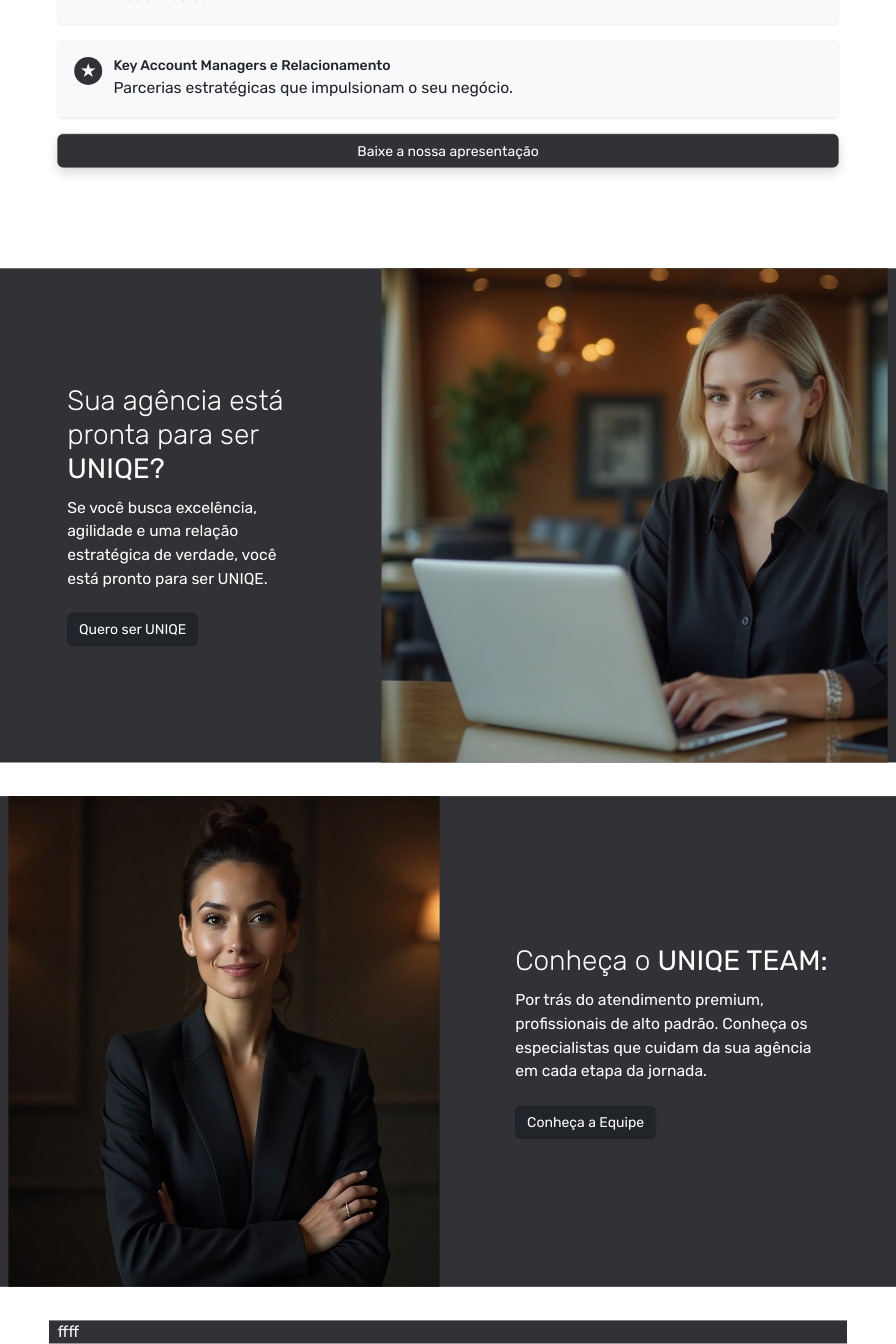
Repository: SkyTeam-Dev/Site-Uniqe
Page: http://localhost/
The author's editor kept a copy of each file at every save. The page is drawn from the files as they stood at one save, then again after the next save.
The browser window is 1280 px wide. The pictures show the part of the page from y = 2245 to 4165 px (the page is 4165 px tall), at 70% of full size.
Some web libraries are served in a nearby version. The page is run by PHP 8.4 with error messages shown; the project is at /var/www/html/.

Above is the page before, as saved 2025-07-04 11:02:40.

After the next save:
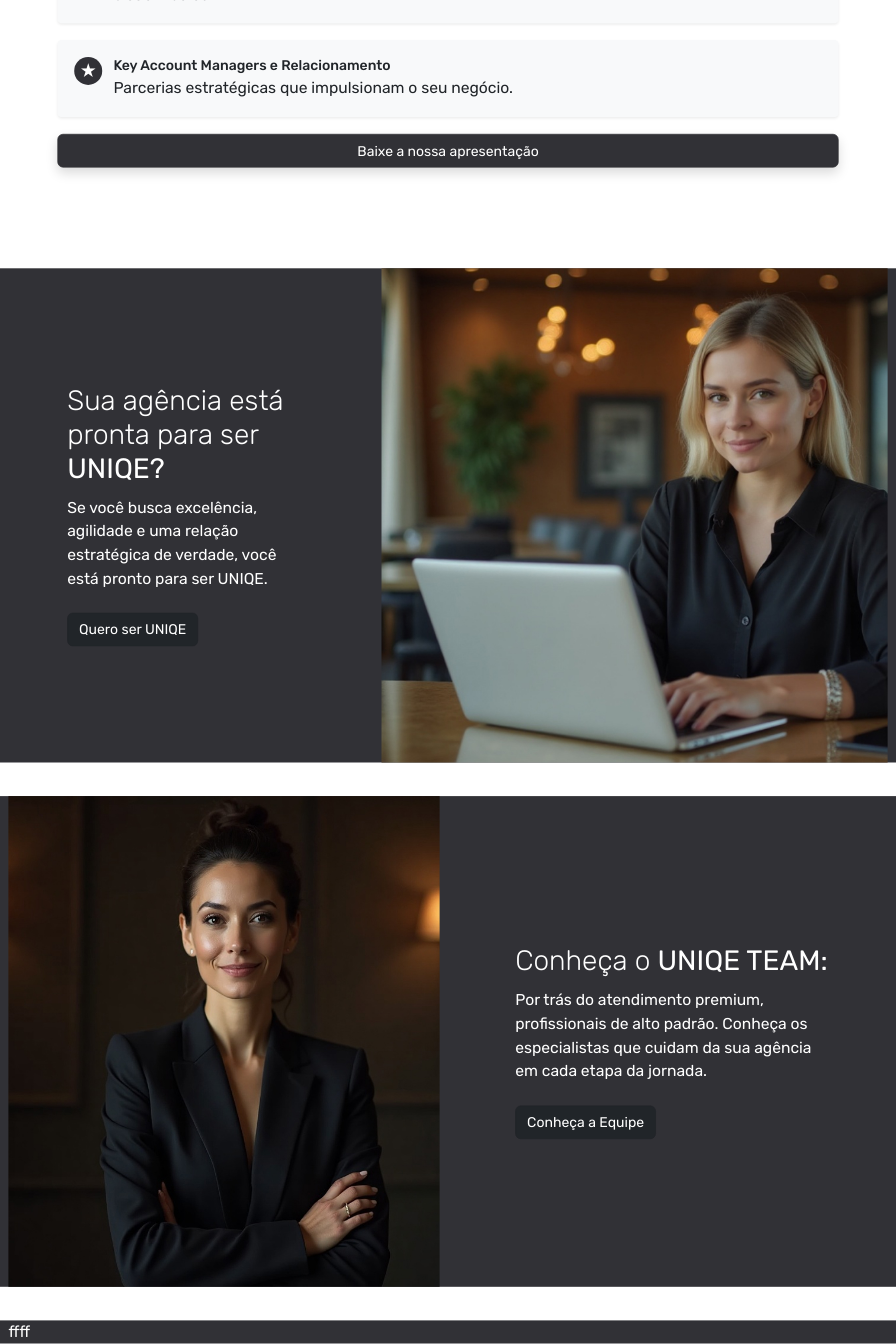
Saved 21 s later.
--- a/index.php
+++ b/index.php
@@ -501,7 +501,7 @@
     </section>
 
 
-    <footer class="container bg-primary text-white">
+    <footer class="container-fluid bg-primary text-white">
         ffff
     </footer>
 
